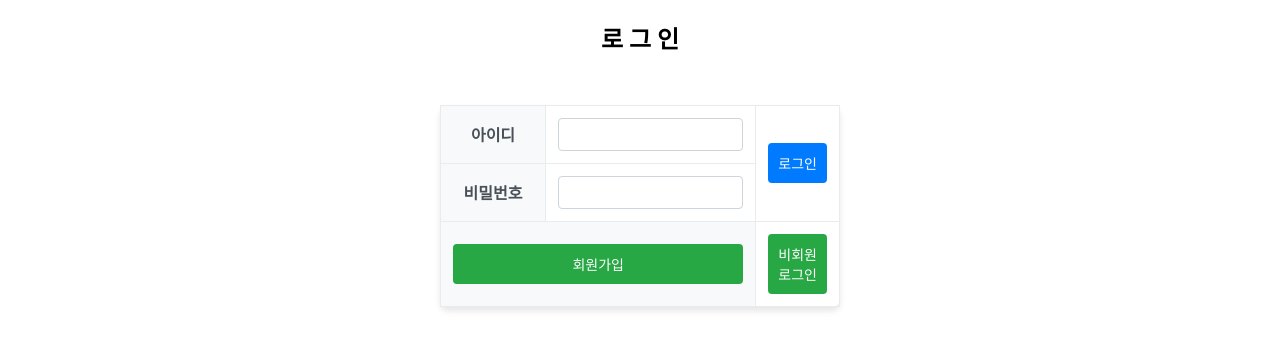
Repository: 1plus1equals3-true/Board-temp
Page: http://localhost/jsp/member/Login.jsp
The author's editor kept a copy of each file at every save. The page is drawn from the files as they stood at one save, then again after the next save.
The browser window is 1280 px wide. The pictures show the whole page.
The page is served by Tomcat 9. Other server files are loaded and not shown.

Above is the page before, as saved 2025-09-10 07:45:21.

### jsp/src/main/webapp/member/Login.jsp
<%@ page language="java" contentType="text/html; charset=UTF-8"
    pageEncoding="UTF-8"%>
<%@ page import="java.util.Date" %>
<%@ page import="java.text.SimpleDateFormat" %>
<!DOCTYPE html>
<html>
<head>
<meta charset="UTF-8">
<title>로그인</title>
<style>
.login-form {
    display: flex;
    justify-content: center;
    align-items: center;
    margin: 50px auto;
}

.login-form table {
    width: 100%;
    max-width: 400px;
    border-collapse: collapse;
    background-color: #fff;
    border: 1px solid #dee2e6;
    border-radius: 8px;
    box-shadow: 0 4px 6px rgba(0, 0, 0, 0.1);
}

.login-form td {
    padding: 12px;
    border: 1px solid #e9ecef;
    text-align: left;
}

.login-form tr td:first-child {
    background-color: #f8f9fa;
    font-weight: bold;
    color: #495057;
    text-align: center;
    width: 80px;
}

.login-form input[type="text"],
.login-form input[type="password"] {
    width: 100%;
    padding: 8px 10px;
    border: 1px solid #ced4da;
    border-radius: 4px;
    box-sizing: border-box;
}

.login-form input[type="submit"],
.login-form .btn-join {
    width: 100%;
    padding: 10px;
    border: none;
    border-radius: 4px;
    font-size: 14px;
    cursor: pointer;
    transition: background-color 0.3s ease;
    box-sizing: border-box;
}

.login-form input[type="submit"] {
    background-color: #007bff;
    color: white;
    height: 100%;
}

.login-form input[type="submit"]:hover {
    background-color: #0056b3;
}

.login-form .btn-join {
    background-color: #28a745;
    color: white;
}

.login-form .btn-join:hover {
    background-color: #218838;
}

.login-form a {
    text-decoration: none;
    display: block;
    height: 100%;
}
</style>
</head>
<body>

	<h2 style="text-align: center;">로 그 인</h2>

	<form action="Login_proc.jsp" method="post" class="login-form">
		<table>

		<tr>
		<td>아이디</td>
		<td><input type="text" name="loginid"></td>
		<td rowspan="2">
			<input type="submit" value="로그인">
		</td>
		</tr>

		<tr>
		<td>비밀번호</td>
		<td><input type="password" name="loginpass"></td>
		</tr>

		<tr>

		<td colspan="2"><a href="Join.jsp"><button type="button" class="btn-join">회원가입</button></a></td>
		<td><a href="../board/list.jsp"><button type="button" class="btn-join">비회원<br>로그인</button></a></td>

		</tr>

		</table>
	</form>
</body>
</html>

After the next save:
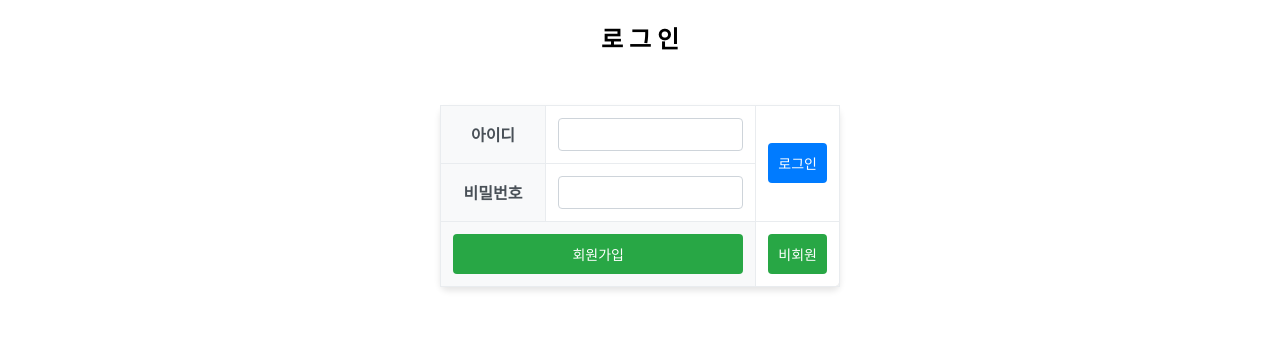
Saved 11 min 39 s later.
--- a/jsp/src/main/webapp/member/Login.jsp
+++ b/jsp/src/main/webapp/member/Login.jsp
@@ -109,7 +109,7 @@
 		<tr>
 
 		<td colspan="2"><a href="Join.jsp"><button type="button" class="btn-join">회원가입</button></a></td>
-		<td><a href="../board/list.jsp"><button type="button" class="btn-join">비회원<br>로그인</button></a></td>
+		<td><a href="../board/list.jsp"><button type="button" class="btn-join">비회원</button></a></td>
 
 		</tr>
 
